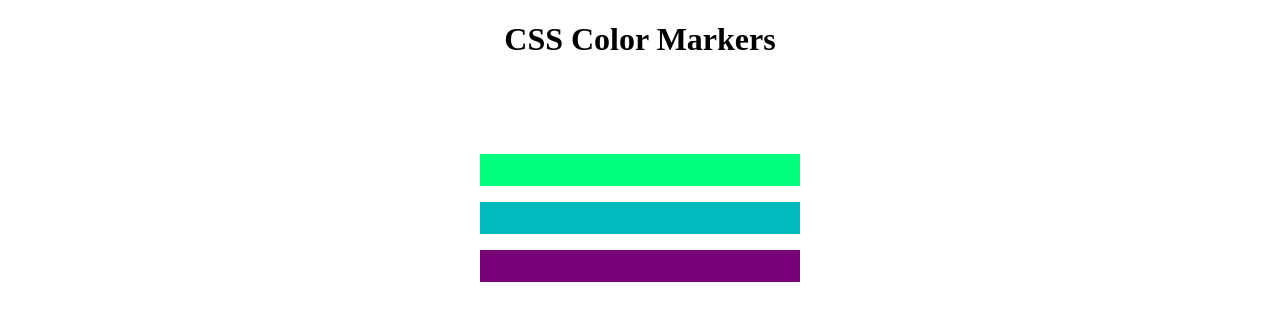
Repository: Lungdjos/color_markers
Page: index.html
The author's editor kept a copy of each file at every save. The page is drawn from the files as they stood at one save, then again after a run of saves.
The browser window is 1280 px wide. The pictures show the whole page.

Above is the page before, as saved 2023-09-14 18:40:10.

After the next 3 saves:
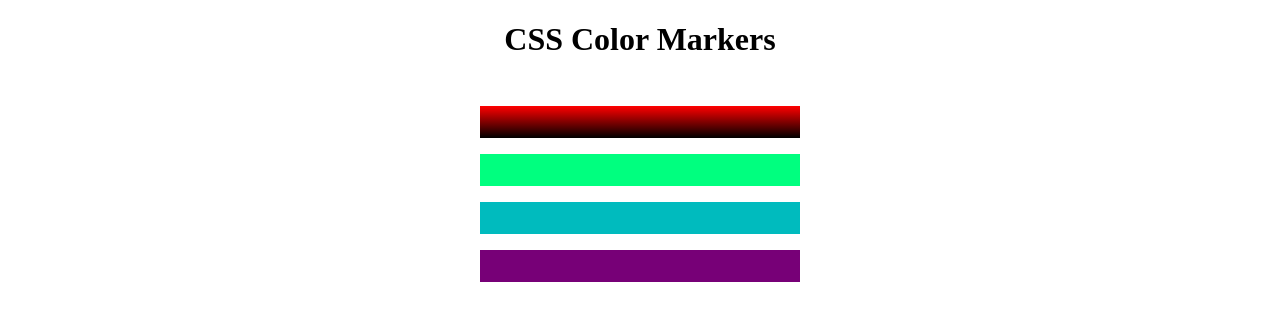
The 3 saves are shown as one change because they came seconds apart.
The last was saved 9 s later.
--- a/styles.css
+++ b/styles.css
@@ -12,7 +12,7 @@
 }
 
 .orange {
-    background: li;
+    background: linear-gradient(rgb(255, 0, 0), hsl(0, 100%, 0%));
 }
 
 .green {
